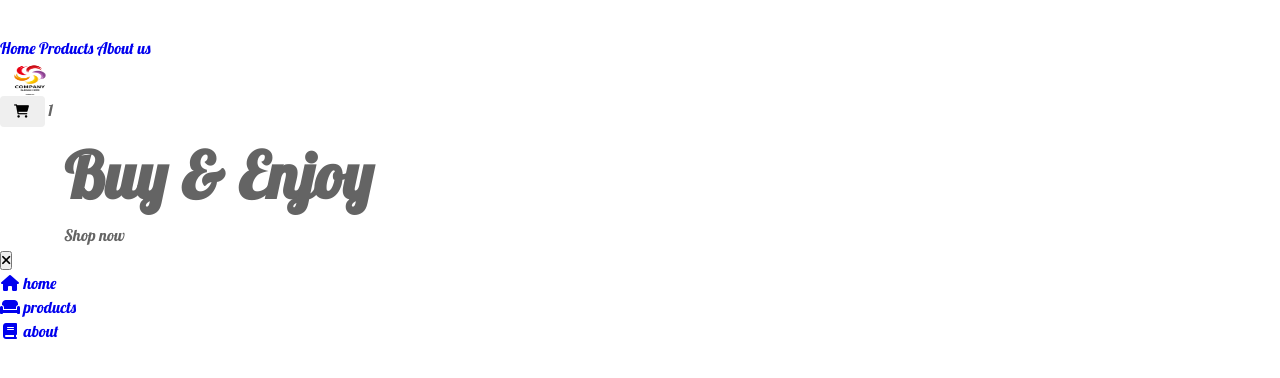
Repository: tetlisna/myprojectJS2
Page: index.html
The author's editor kept a copy of each file at every save. The page is drawn from the files as they stood at one save, then again after the next save.
The browser window is 1280 px wide. The pictures show the whole page.
Some web fonts or font styles are not loaded; a fallback is used.

Above is the page before, as saved 2022-09-04 19:53:51.

### index.html
<!DOCTYPE html>
<html lang="en">
  <head>
    <meta charset="UTF-8" />
    <meta name="viewport" content="width=device-width, initial-scale=1.0" />
    <link rel="stylesheet" href="/css/style.css" />
    <link
      rel="stylesheet"
      href="https://cdnjs.cloudflare.com/ajax/libs/font-awesome/6.2.0/css/all.min.css"
    />
    <title>E-commers</title>
  </head>
  <body>
    <!-- Nav left -->
    <nav class="navbar">
      <div class="menu-line">
        <div class="wrapper">
          <button class="nav-logo">
            <i class="fa-sharp fa-solid fa-bars"></i>
          </button>
          <a href="#" href="index.html" class="nav-link">Home</a>
          <a href="#" href="products.html" class="nav-link">Products</a>
          <a href="#" href="about-us.html" class="nav-link">About us</a>
        </div>
        <!-- Logo -->
        <img src="/img/logo.png" class="nav-logo" alt="logo" width="100px" />
        <!-- Cart-->
        <div class="cart-side-container">
          <button class="cart-side">
            <i class="fa-sharp fa-solid fa-cart-shopping"></i>
          </button>
          <span class="cart-item-amount">1</span>
        </div>
      </div>
    </nav>

    <!--Main section-->

    <section class="main">
      <div id="main-container">
        <h1 class="text-main">Buy & Enjoy</h1>
        <a href="products.html" class="main-btn"> Shop now </a>
      </div>
    </section>
    <!--Side section-->

    <div class="sidebar-pop-out">
      <aside class="sidebar">
        <!-- close -->
        <button class="sidebar-close">
          <i class="fas fa-times"></i>
        </button>
        <!-- links -->
        <ul class="sidebar-links">
          <li>
            <a href="index.html" class="sidebar-link">
              <i class="fas fa-home fa-fw"></i>
              home
            </a>
          </li>
          <li>
            <a href="products.html" class="sidebar-link">
              <i class="fas fa-couch fa-fw"></i>
              products
            </a>
          </li>
          <li>
            <a href="about.html" class="sidebar-link">
              <i class="fas fa-book fa-fw"></i>
              about
            </a>
          </li>
        </ul>
      </aside>
    </div>
    <script src="script.js"></script>
  </body>
</html>

### css/style.css
@import url('https://fonts.googleapis.com/css2?family=Lobster&family=Qwitcher+Grypen&family=Roboto:wght@300&display=swap');
:root {
    --transition: all 0.3s linear;
    --spacing: 0.1rem;
    --radius: 0.25rem;
    --max-width: 1170px;
    --fixed-width: 620px;
    --white-bg:rgb(255, 255, 255);
    --dark-grey:rgb(100, 100, 100);
    --grey-red:rgb(190, 100, 100);
    --black-light:rgb(56, 56, 56);

}

* {
    margin: 0;
    padding: 0;
    box-sizing: border-box;
}
.container {
    max-width: 980px;
    margin: auto;
}
a {
    text-decoration: none;
}
body {
    font-family: 'Lobster', cursive,'Qwitcher Grypen', cursive,'Roboto', sans-serif;
    background: var(--white-bg);
    color: var(--dark-grey);
    line-height: 1.5;
    font-size: 0.875rem;
}
p {
    margin-bottom: 1.25rem;
    color: var(--dark-grey);
}

@media screen and (min-width: 800px) {
    h1 {
        font-size: 4rem;
    }
    body {
        font-size: 1rem;
    }
}
.img {
    width: 100%;
    display: block;
}
.main {
    width: 90vw;
    max-width: var(--max-width);
    margin: 0 auto;
}
.main-btn {
    color: var(--dark-grey);
}
.main-btn:hover {
    color: var(--grey-red);

}
.cart-side {
    /* background: var(--clr-primary-5); */
    /* color: var(--clr-white); */
    border-radius: var(--radius);
    padding: 0.375rem 0.75rem;
    letter-spacing: var(--spacing);
    display: inline-block;
    transition: var(--transition);
    border-color: transparent;
    cursor: pointer;
  }
  /* .cart-side:hover {
    background: var(--white-bg);
    color: var(--dark-grey);
  } */
.nav-logo {
    background: var(--gre);
    border-color: transparent;
    color: var(--white-bg);
    width: 3.75rem;
    height: 2.25rem;
    display: flex;
    align-items: center;
    justify-content: center;
    font-size: 1.5rem;
    border-radius: 2rem;
    cursor: pointer;
    transition: var(--transition);
}

### script.js
class User {
	constructor (name, balance){
		this.name = name,
		this.balance = balance
	}
	showOrderHistory(sortWay, fieldName, totalAmount, orderDate){

	}
	getCart(){
		return this.cart;
	}
	addOrder(){
		return this.order;
	}

}
class Order{
	constructor (order, totalPrice, date){
		this.order = order,
		this.price = totalPrice,
		this.date = date
	}

}

After the next save:
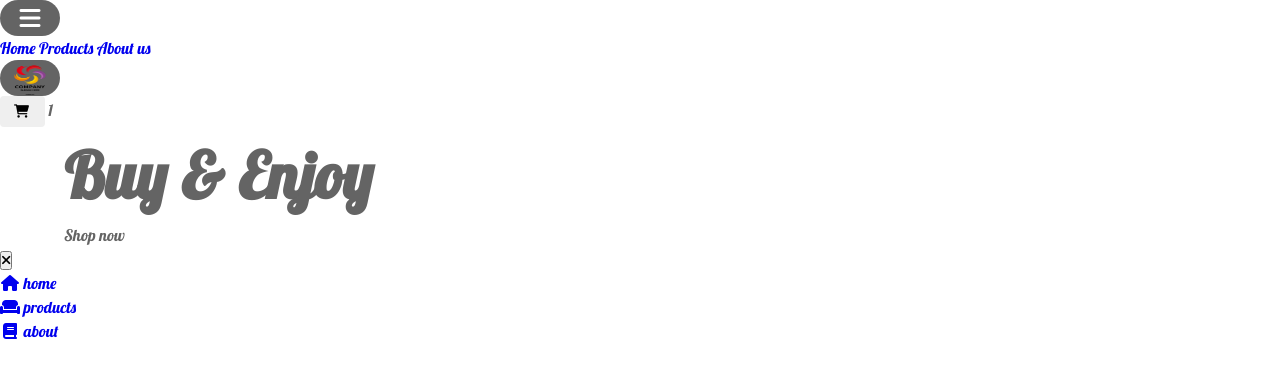
Saved 7 s later.
--- a/css/style.css
+++ b/css/style.css
@@ -76,7 +76,7 @@
     color: var(--dark-grey);
   } */
 .nav-logo {
-    background: var(--gre);
+    background: var(--dark-grey);
     border-color: transparent;
     color: var(--white-bg);
     width: 3.75rem;

After the save that followed:
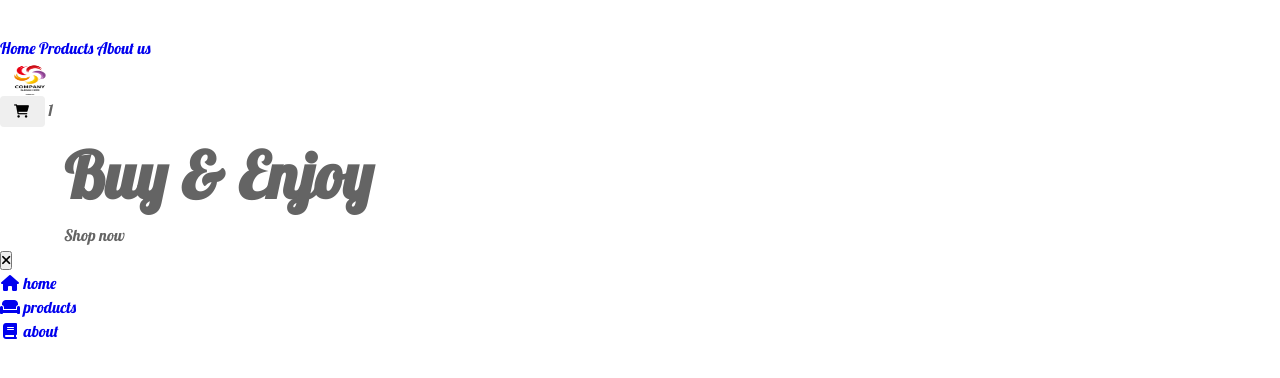
Saved 13 s later.
--- a/css/style.css
+++ b/css/style.css
@@ -76,7 +76,7 @@
     color: var(--dark-grey);
   } */
 .nav-logo {
-    background: var(--dark-grey);
+    background: var(--white-bg);
     border-color: transparent;
     color: var(--white-bg);
     width: 3.75rem;
